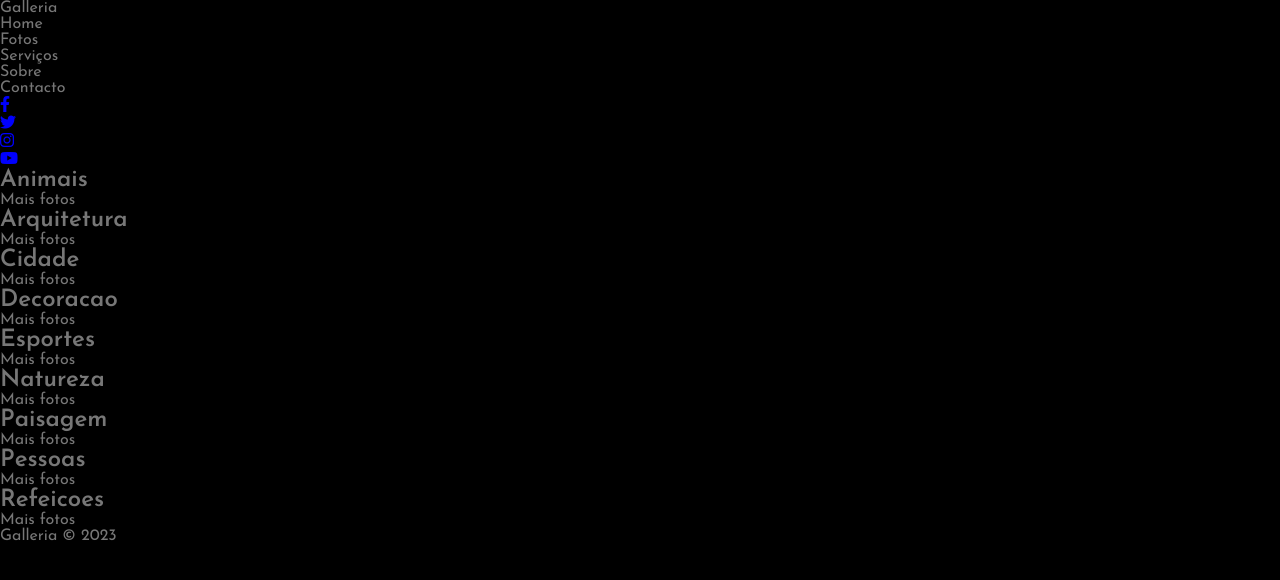
Repository: AghastyGD/gallery-sass
Page: index.html
An editor plug-in stored every save of this project. The page is shown before and after the next save, followed by the edit.
The browser window is 1280 px wide. The pictures show the whole page.
The style sheet was rebuilt from its Sass, Less or Tailwind sources for each picture, by a compiler version that may differ from the author's.

Above is the page before, as saved 2023-10-13 18:04:38.

After the next save:
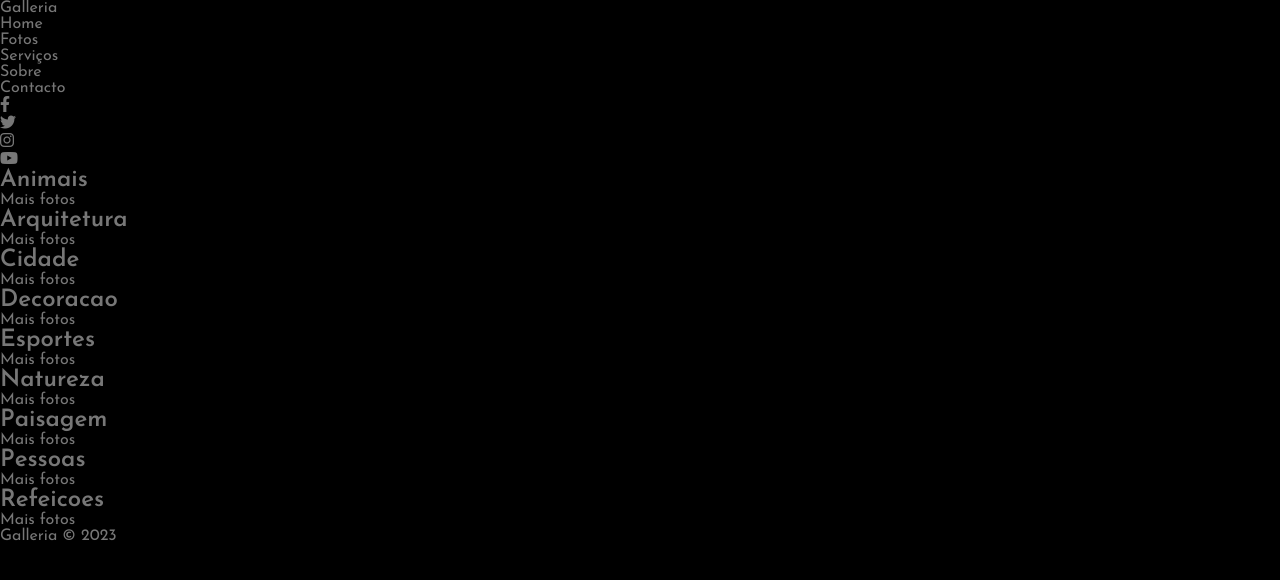
Saved 8 s later.
--- a/sass/styles.sass
+++ b/sass/styles.sass
@@ -6,9 +6,6 @@
   margin: 0
   box-sizing: border-box
 
-
-i
-  color: red
 body
   background-color: variables.$bg-color
   color: variables.$text-color
@@ -17,6 +14,3 @@
     color: variables.$text-color
     text-decoration: none
     transition: .4s
-
-  i
-    color: blue

After the save that followed:
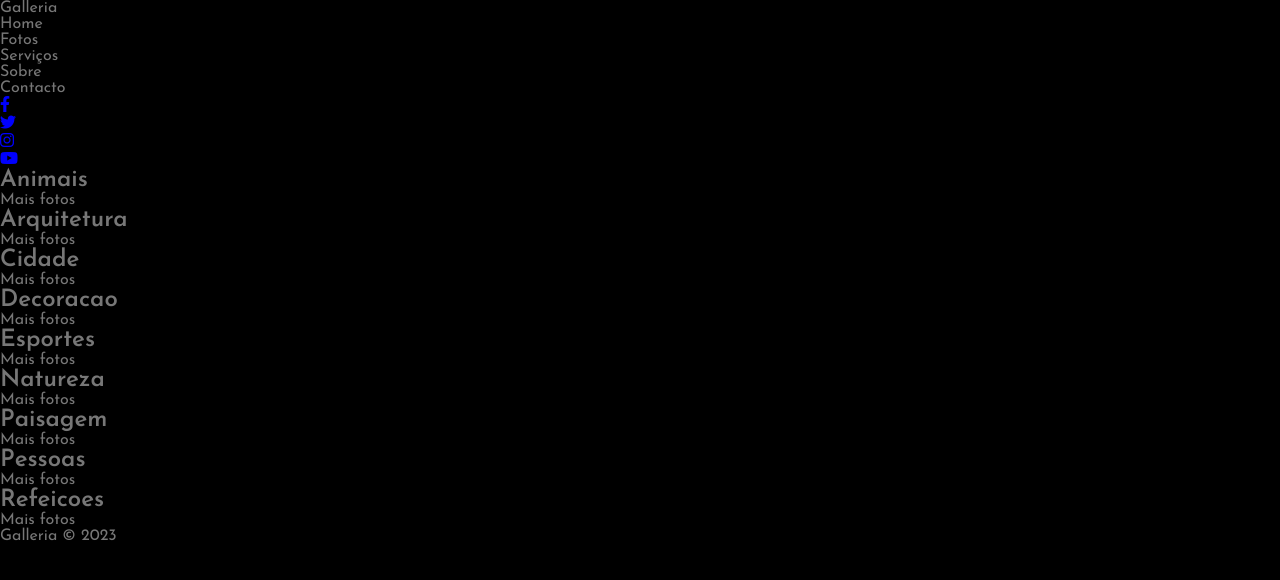
Saved 35 s later.
--- a/sass/styles.sass
+++ b/sass/styles.sass
@@ -14,3 +14,6 @@
     color: variables.$text-color
     text-decoration: none
     transition: .4s
+
+  i
+    color: blue
